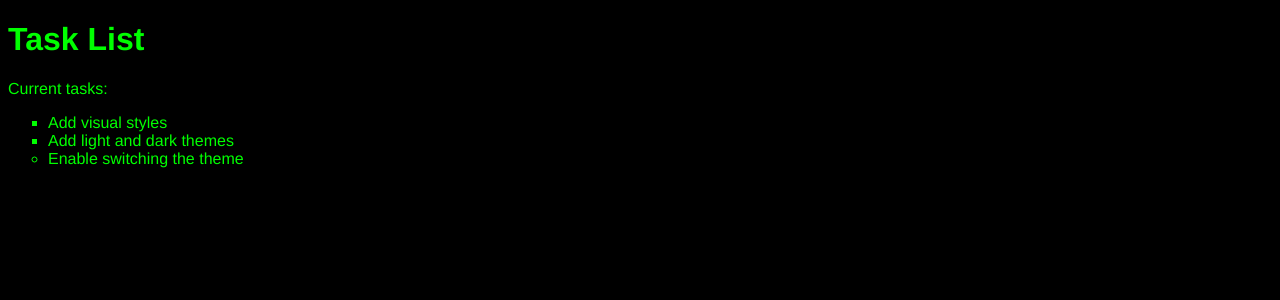
Repository: MaggieMengXingchen/Class-4
Page: index.html
The author's editor kept a copy of each file at every save. The page is drawn from the files as they stood at one save, then again after the next save.
The browser window is 1280 px wide. The pictures show the whole page.

Above is the page before, as saved 2024-02-14 14:09:44.

### index.html
<!DOCTYPE html>
<html lang="en">
<head>
    <meta charset="UTF-8">
    <meta name="viewport" content="width=device-width, initial-scale=1.0">
    <title>Document</title>
    <Link rel="stylesheet" href="main.css">
</head>
<body class="dark-theme"><!-- light 改dark，即可换背景和字体颜色-->
    <h1>Task List</h1>
    <p id="msg">Current tasks:</p>
    <ul>
    <li class="list">Add visual styles</li>
    <li class="list">Add light and dark themes</li>
    <li>Enable switching the theme</li>
</ul>
<script src="app.js"></script>
</body>
<script>alert('Hello World')</script>
</html>

### main.css
:root {
--green: #00FF00;
--white: #FFFFFF;
--black: #000000;
}
body {
background: var(--bg);
color: var(--fontColor);
font-family: helvetica;
}
/*将所有无序列表（<ul>标签）的字体设置为Helvetica字体*/
li {
list-style: circle;
}
.list {
list-style: square;
}
.light-theme {
--bg: var(--green);
--fontColor: var(--black);
}
.dark-theme {
--bg: var(--black);
--fontColor: var(--green);
}

Loaded but not shown: app.js (no copy from this time; the picture is the same without it)

After the next save:
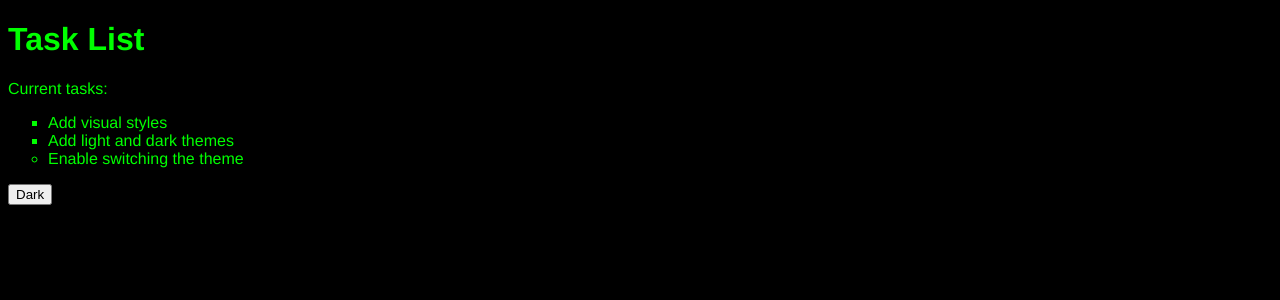
Saved 27 s later.
--- a/index.html
+++ b/index.html
@@ -14,6 +14,7 @@
     <li class="list">Add light and dark themes</li>
     <li>Enable switching the theme</li>
 </ul>
+<div> <button class="btn">Dark</button>
 <script src="app.js"></script>
 </body>
 <script>alert('Hello World')</script>
